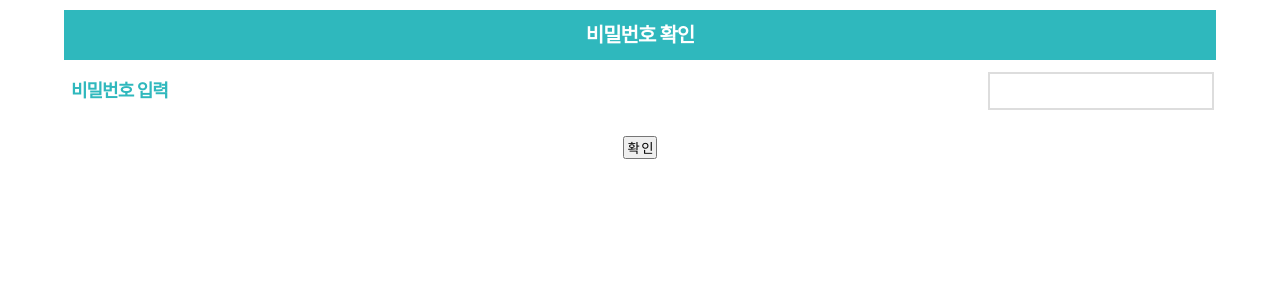
Repository: InhoKang92/jsp_1018
Page: http://localhost/Web_01/review/reviewCheckPass.jsp
An editor plug-in stored every save of this project. The page is shown before and after the next save, followed by the edit.
The browser window is 1280 px wide. The pictures show the whole page.
Some web fonts or font styles are not loaded; a fallback is used. The page is served by Tomcat 9. Other server files are loaded and not shown.

Above is the page before, as saved 2024-10-17 02:01:48.

### Web_01/src/main/webapp/review/reviewCheckPass.jsp
<%@ page language="java" contentType="text/html; charset=UTF-8"
pageEncoding="UTF-8"%>
<!DOCTYPE html>
<html>
<head>
<meta charset="UTF-8">

<link rel="stylesheet" href="css/reset.css">
<link rel="stylesheet" href="css/passcheck.css">
<script type="text/javascript" src="script/review.js"></script>

<title>모던하우스 비밀번호 확인</title>
</head>
<body>

<div align="center">
      <h1 class="title_box">비밀번호 확인</h1>
      <form action="ModernServlet" name="frm" method="get">
        <input type="hidden" name="command" value="review_check_pass">
        <input type="hidden" name="num" value="${param.num}">
        <table class="input_box">
          <tr>
            <th>비밀번호 입력</th>
            <td><input type="password" name="pass" size="20"></td>
          </tr>
        </table>
        <br>
        <input class="btn" type="submit" value=" 확 인 " onclick="return passCheck()"> <br>
        <br>
        <p class="text">${message}</p>
      </form>
     </div>

</body>
</html>

### Web_01/src/main/webapp/css/reset.css
@charset "utf-8";

@font-face {
    font-family: 'Pretendard-Regular';
    src: url('https://fastly.jsdelivr.net/gh/Project-Noonnu/noonfonts_2107@1.1/Pretendard-Regular.woff') format('woff');
    font-weight: 400;
    font-style: normal;
}

/* CSS 리셋 */
* {
    margin: 0;
    padding: 0;
    color: #000;
    list-style: none;
    text-decoration: none;
    box-sizing: border-box;
    line-height: 1.5;
    letter-spacing: -1px;
    font-family: 'Pretendard-Regular';
}

### Web_01/src/main/webapp/css/passcheck.css
@charset "utf-8";

.title_box {
    width: 90%;
    background-color: #2fb8bd;
    border: none;
    color: #fff;
    font-size: 20px;
    padding: 10px;
    text-align: center;
    margin: 10px auto;
}

.input_box {
    width: 90%;
    margin: 10px auto 0;
}
.input_box tr {
    display: flex;
    gap: 10px;
    align-items: center;
    justify-content: space-between;
}

.input_box th {
    display: inline-block;
    border: none;
	color: #2fb8bd;
    padding: 5px;
    font-size: 18px;
}

.input_box td:nth-child(2)>input {
	display: inline-block;
	border: 2px solid #ddd;
	padding: 5px 11px;
    font-size: 16px;
}

.input_box td:nth-child(3)>.btn {
	display: inline-block;
	border: none;
	background-color: #2fb8bd;
	color: #fff;
	padding: 6px 15px;
    font-size: 16px;
    cursor: pointer;
}

.text {
	width: 90%;
	text-align: left;
	font-size: 18px;
	padding-left: 7px;
	margin: 10px auto 0;
	color: red;
}

### Web_01/src/main/webapp/script/review.js
function reviewCheck() {
	if (document.frm.username.value.length == 0) {
		alert("작성자를 입력하세요.");
		return false;
	}
	if (document.frm.pass.value.length == 0) {
		alert("비밀번호를 입력하세요.");
		return false;
	}

	return true;
}

function open_win(url, name) {
	window.open(url, name, "width=500, height=230");
}

function passCheck() {
	if (document.frm.pass.value.length == 0) {
		alert("비밀번호를 입력하세요.");
		return false;
	}
	return true;
}

After the next save:
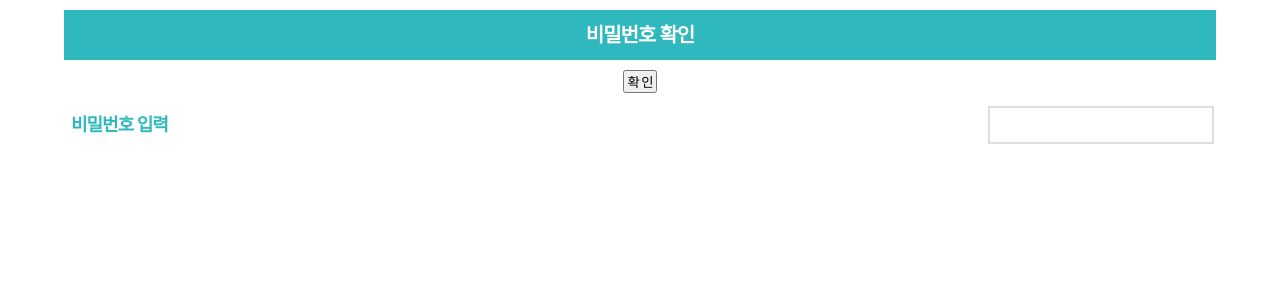
Saved 67 s later.
--- a/Web_01/src/main/webapp/review/reviewCheckPass.jsp
+++ b/Web_01/src/main/webapp/review/reviewCheckPass.jsp
@@ -22,10 +22,11 @@ pageEncoding="UTF-8"%>
           <tr>
             <th>비밀번호 입력</th>
             <td><input type="password" name="pass" size="20"></td>
+            <input class="btn" type="submit" value=" 확 인 " onclick="return passCheck()">
           </tr>
         </table>
         <br>
-        <input class="btn" type="submit" value=" 확 인 " onclick="return passCheck()"> <br>
+         <br>
         <br>
         <p class="text">${message}</p>
       </form>
